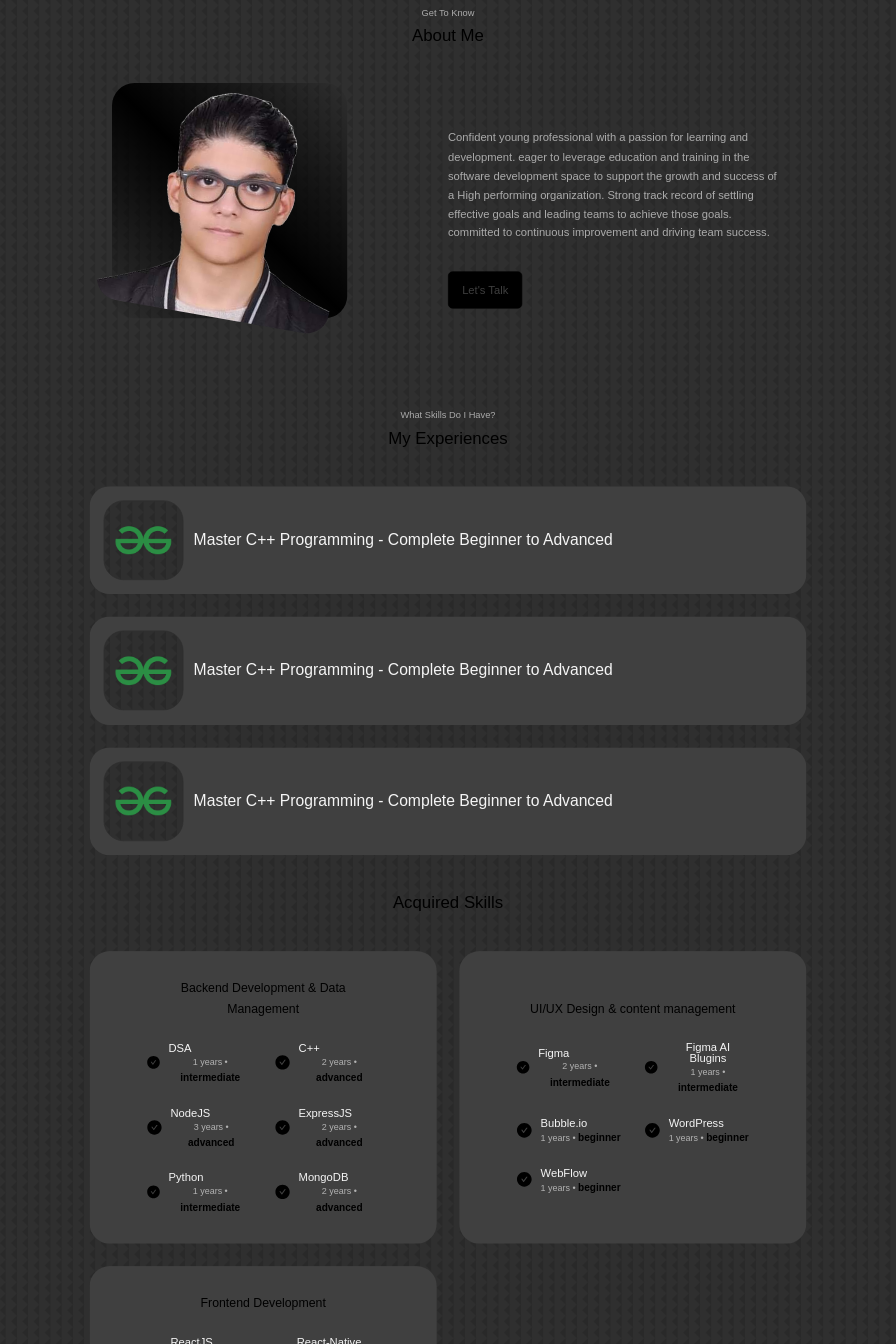
Repository: Z-Bahaa/project_joker_react_portfolio
Page: /
The author's editor kept a copy of each file at every save. The page is drawn from the files as they stood at one save, then again after the next save.
The browser window is 1280 px wide. The pictures show the part of the page from y = 984 to 2904 px (the page is 5406 px tall), at 70% of full size.
Some web fonts or font styles are not loaded; a fallback is used. The project was rebuilt for these pictures with package versions that can differ from the ones it lists, and the page was loaded fresh each time. Imported but missing from the stored project, and not drawn on this page: src/assets/resume.pdf.

Above is the page before, as saved 2023-08-21 14:12:50.

After the next save:
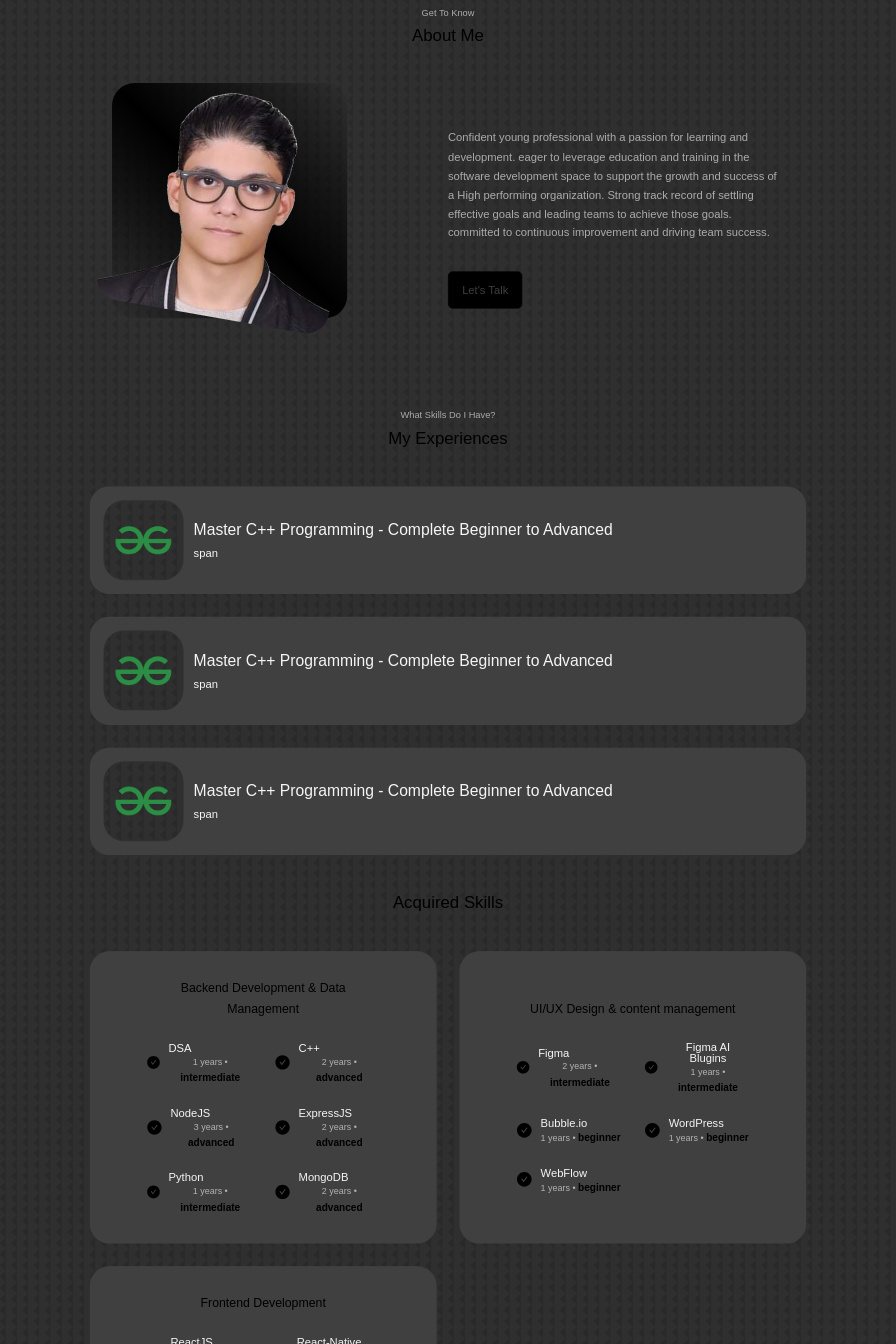
Saved 41 s later.
--- a/src/components/experience/Experience.jsx
+++ b/src/components/experience/Experience.jsx
@@ -18,7 +18,7 @@
               <div className="course-details-container">
                 <h1>Master C++ Programming - Complete Beginner to Advanced</h1>
                 <section>
-
+                  span
                 </section>
               </div>
             </div>

After the save that followed:
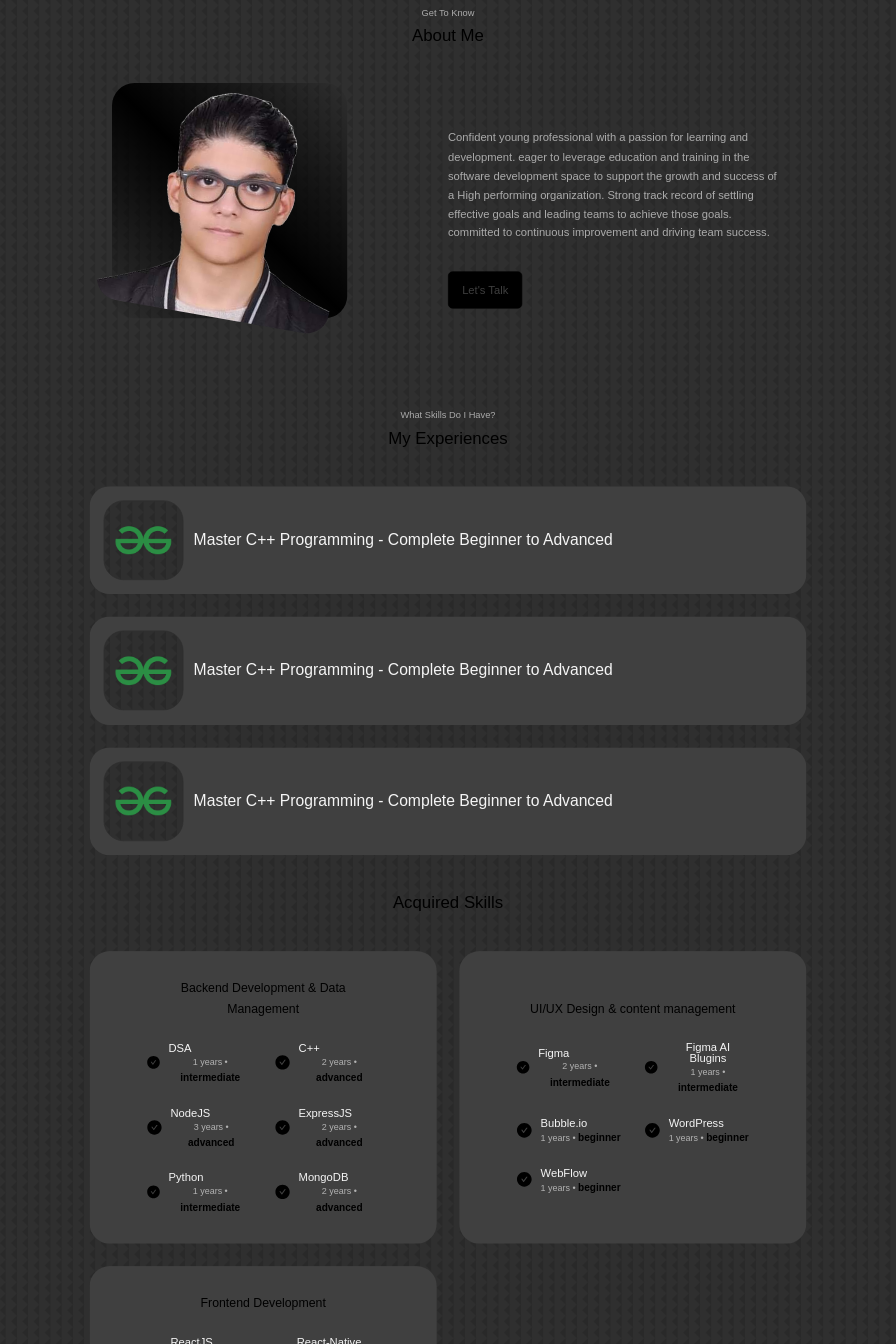
Saved 4 s later.
--- a/src/components/experience/Experience.jsx
+++ b/src/components/experience/Experience.jsx
@@ -18,7 +18,7 @@
               <div className="course-details-container">
                 <h1>Master C++ Programming - Complete Beginner to Advanced</h1>
                 <section>
-                  span
+                  <span></span>
                 </section>
               </div>
             </div>
